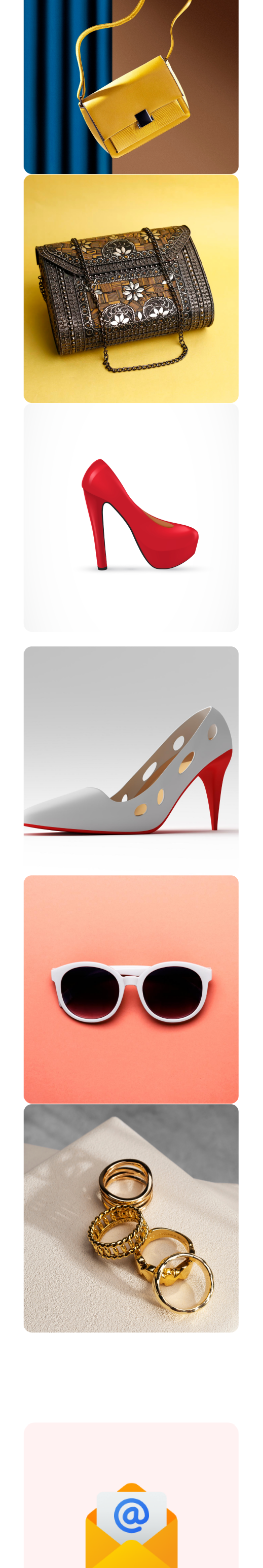
Repository: ShouravAhammed/simple-responsive-new-year
Page: index.html
An editor plug-in stored every save of this project. The page is shown before and after the next save, followed by the edit.
The browser window is 375 px wide. The pictures show the part of the page from y = 545 to 2785 px (the page is 4396 px tall before and 4476 px after), at 70% of full size.

Above is the page before, as saved 2024-01-11 15:35:29.

After the next save:
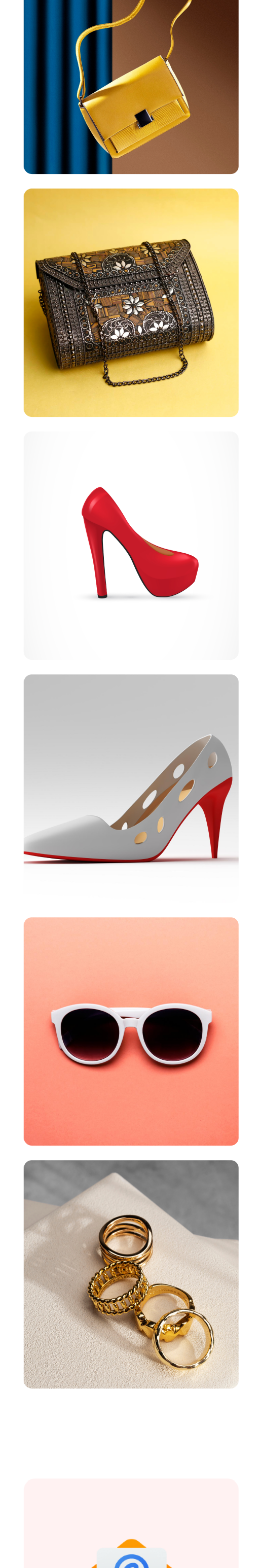
Saved 4 min 21 s later.
--- a/Style/style.css
+++ b/Style/style.css
@@ -468,7 +468,7 @@
     .form .subscribe-btn {
         padding: 24px 20px;
     }
-    .footer-describe-part {
+    .portfolio-container .portfolio-content, .footer-describe-part {
         flex-direction: column;
     }
     .footer-social a {
@@ -482,6 +482,6 @@
         width: 100%;
     }
     .portfolio-container .portfolio-content {
-        flex-direction: column;
-    }
-}
+        gap: 20px;
+    }
+}
